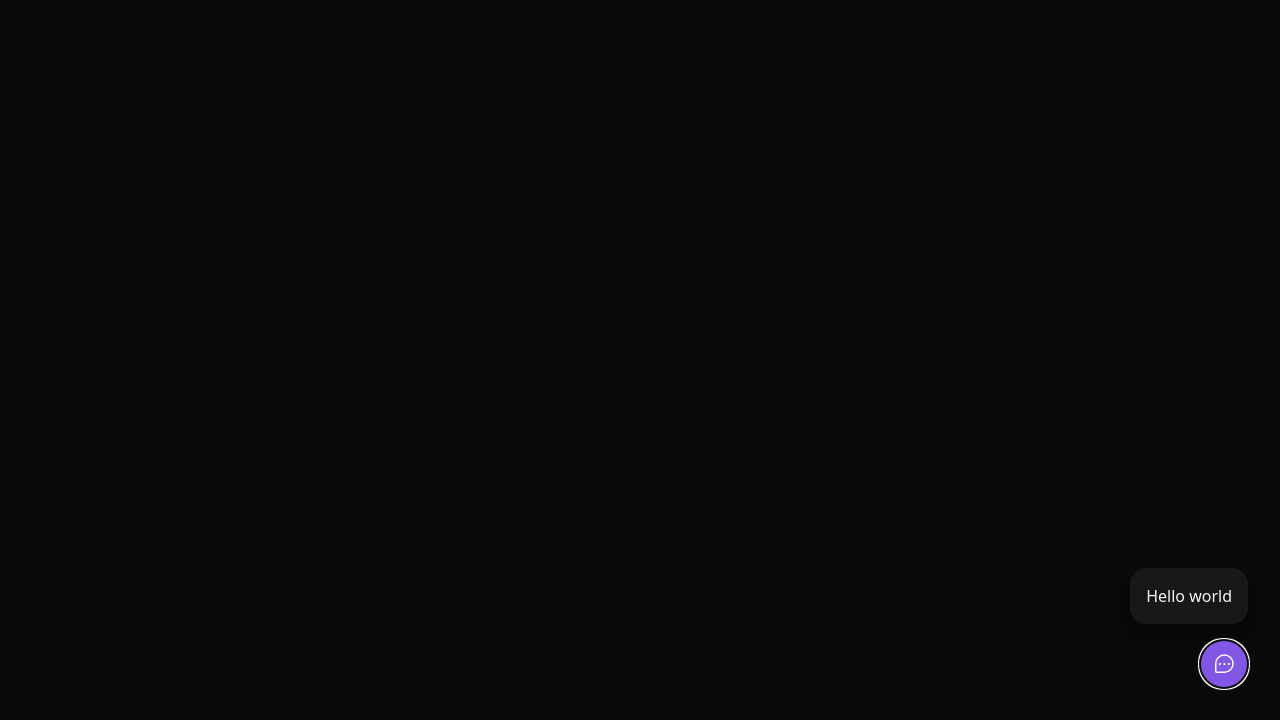
Repository: andynadvorny/feedget-web
Page: /, after clicking the first element matching `#headlessui-popover-button-\:r8\:`
The author's editor kept a copy of each file at every save. The page is drawn from the files as they stood at one save, then again after a run of saves.
The browser window is 1280 px wide. The pictures show the whole page.
The project was rebuilt for these pictures with package versions that can differ from the ones it lists, and the page was loaded fresh each time. Also part of the build but not shown: vite.config.ts.

Above is the page before, as saved 2022-05-03 12:17:33.

After the next 2 saves:
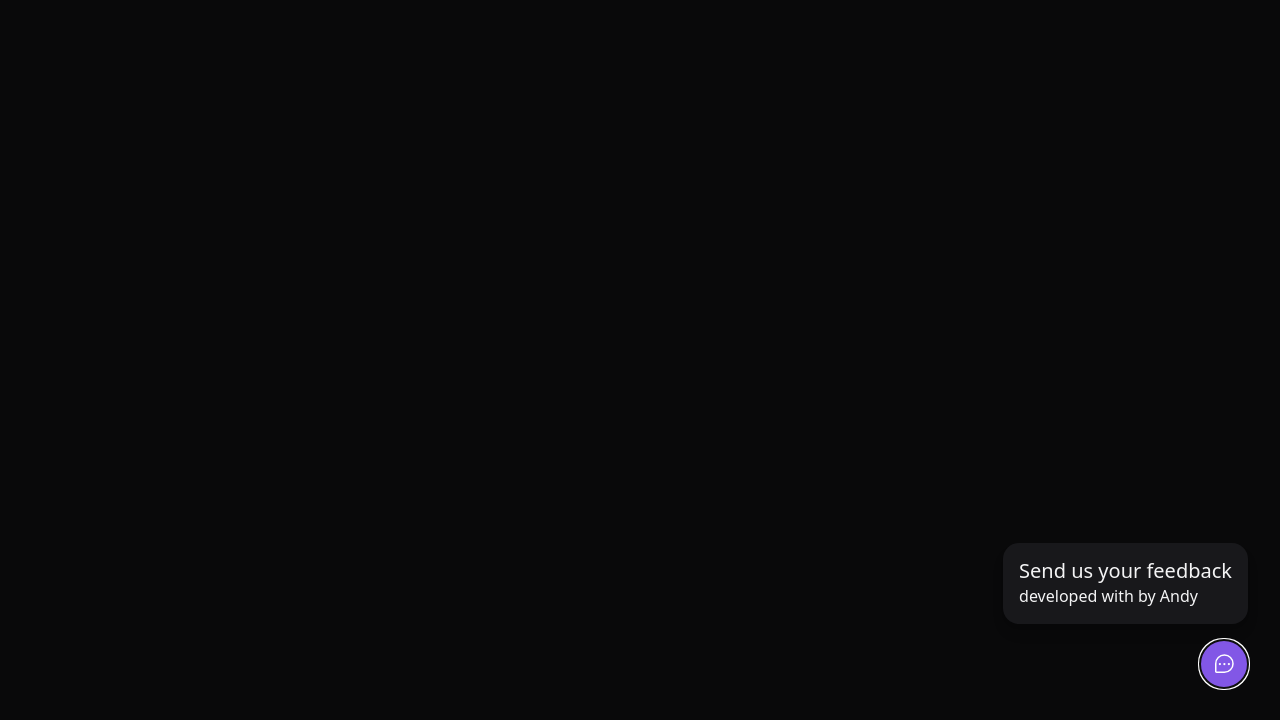
The 2 saves are shown as one change because 1 did not build or start.
The last was saved 2 min 28 s later.
--- a/src/components/WidgetForm.tsx
+++ b/src/components/WidgetForm.tsx
@@ -3,7 +3,10 @@ export function WidgetForm() {
     <div
       className="bg-zinc-900 p-4 relative rounded-2xl mb-4 flex-col items-center shadow-lg w-[calc(100vw-2rem)] md:w-auto"
     >
-      Hello world
+      <header>
+        <span className="text-xl leading-6">Send us your feedback</span>
+      </header>
+      <footer>developed with by Andy</footer>
     </div>
   )
 }
